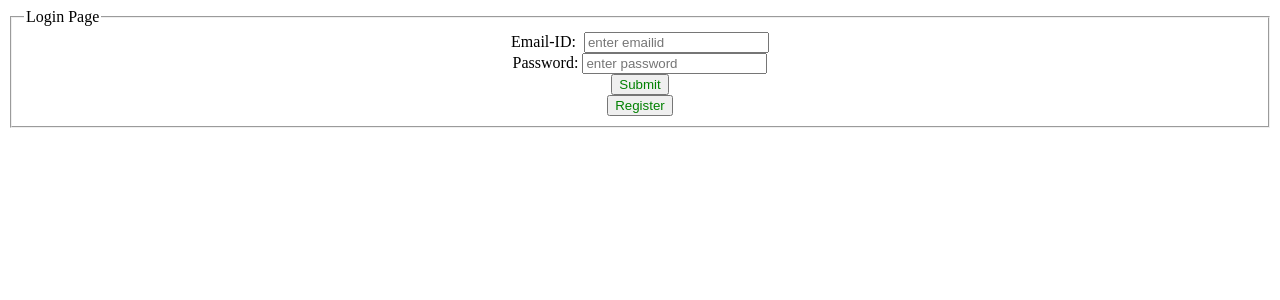
Repository: Tharungandhi/ServeltProject
Page: ServletJDBCApp/WebContent/login.html
The author's editor kept a copy of each file at every save. The page is drawn from the files as they stood at one save, then again after the next save.
The browser window is 1280 px wide. The pictures show the whole page.

Above is the page before, as saved 2019-01-24 04:57:49.

### ServletJDBCApp/WebContent/login.html
<!DOCTYPE html>
<html>
<head>
<meta charset="UTF-8">
<title>Login Page</title>
</head>
<body>
<form action="login" method="post">

<fieldset>
<legend> Login Page</legend>
<div align="center">
<div>
<label>Email-ID:</label>
&nbsp;<input type="email" name="emailid"  placeholder="enter emailid" value="" required/> </div>
<div>
<label>Password:</label>
<input type="password" name="password"  placeholder="enter password" value="" required/> </div>
<input style='color: green' type="submit" name="submit"/>
<div>
<a href=registration.html> <input style='color: green' type="submit" value="Register"/> </a> </div>
</div>
</fieldset>
</form>
</body>
</html>

After the next save:
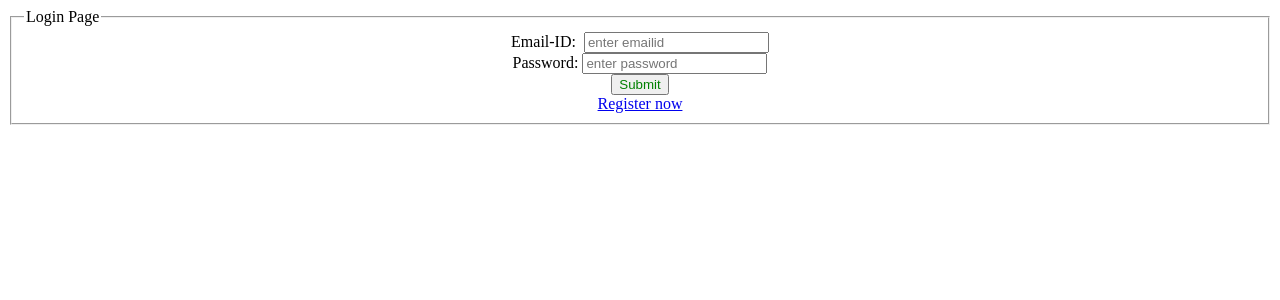
Saved 77 s later.
--- a/ServletJDBCApp/WebContent/login.html
+++ b/ServletJDBCApp/WebContent/login.html
@@ -18,7 +18,7 @@
 <input type="password" name="password"  placeholder="enter password" value="" required/> </div>
 <input style='color: green' type="submit" name="submit"/>
 <div>
-<a href=registration.html> <input style='color: green' type="submit" value="Register"/> </a> </div>
+<a href=registration.html> Register now </a> </div>
 </div>
 </fieldset>
 </form>
